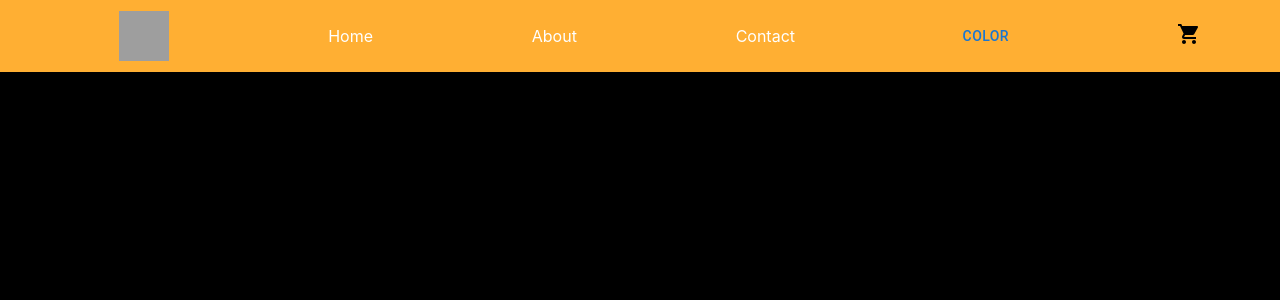
Repository: Toydrum/React-Hector-Coronado-EntregaFinal
Page: /shop
The author's editor kept a copy of each file at every save. The page is drawn from the files as they stood at one save, then again after the next save.
The browser window is 1280 px wide. The pictures show the whole page.
Pictures or frames that could not be fetched are drawn as grey boxes. The project was rebuilt for these pictures with package versions that can differ from the ones it lists, and the page was loaded fresh each time. Also part of the build but not shown: vite.config.js, src/components/CardUser/CardUser.jsx, src/components/CardList/CardList.css, src/firebase/firebaseConfig.js, src/components/CardList/CardList.jsx, src/pages/HomePage/HomePage.jsx, src/pages/ContactPage/ContactPage.jsx, src/pages/AboutPage/AboutPage.jsx and 1 more.

Above is the page before, as saved 2023-07-16 17:35:52.

### src/App.jsx
//import React from "react";
import "./App.css";
import { BrowserRouter as Router, Routes, Route } from "react-router-dom";
//Components
import NavBar from "./components/Navbar/Navbar";
//import MenuColor from "./components/MenuColor/MenuColor";
//import CardUser from "./components/CardUser/CardUser";

//Pages
import HomePage from "./pages/HomePage/HomePage";
import ContactPage from "./pages/ContactPage/ContactPage";
import AboutPage from "./pages/AboutPage/AboutPage";
import DetailPage from "./pages/DetailPage/DetailPage";
import ShopPage from "./pages/ShopPage/ShopPage";

const App = () => {
  return (
    <Router>
      <div className="App">
        <NavBar />
        <Routes>
          <Route path="/" element={<HomePage />}></Route>
          <Route path="/About" element={<AboutPage />}></Route>
          <Route path="/Contact" element={<ContactPage />}></Route>
          <Route path="/detail/:id" element={<DetailPage />}></Route>
          <Route path="/shop" element={<ShopPage />}></Route>
        </Routes>
        <div className="Cards-Container"></div>
      </div>
    </Router>
  );
};

export default App;

### src/App.css
body{
  background-color: black;
}

.App {
  display: flex;
  flex-direction: column;
  justify-content: center;
}

.Cards-Container{
  display: flex;
  width: 100%;
  justify-content: center;
}

### src/components/Navbar/Navbar.jsx
import React from "react";
import "./Navbar.css";
import logo from "./cat-logo.svg";
import { Link } from "react-router-dom";
import CartWidget from "../CartWidget/CartWidget";
import MenuColor from "../MenuColor/MenuColor";

const NavBar = () => {
  return (
    <nav className="nav-container">
      <ul className="nav-ul">
        <img src={logo} alt="gatito" style={{ height: 50, width: 50 }} />
        <li className="li">
          <Link to="/" className="li">
            Home
          </Link>
        </li>
        <li className="li">
          <Link to="/about" className="li">
            About
          </Link>
        </li>
        <li className="li">
          <Link to="/contact" className="li">
            Contact
          </Link>
        </li>
        <li className="li">
          <MenuColor />
        </li>
        <li className="li">
          <Link to="/shop" className="li">
            <CartWidget className="li" />
          </Link>
        </li>
      </ul>
    </nav>
  );
};

export default NavBar;

### src/pages/ShopPage/ShopPage.jsx
import React from "react";
import { TextField } from "@mui/material";

const ShopPage = () => {
  return (
    <>
      <div>
        <h1>ShopPage</h1>
        <form>
          <TextField name="color" />
          <TextField name="donación" />
          <TextField name="cantidad" />
        </form>
      </div>
    </>
  );
};

export default ShopPage;

### src/components/Navbar/Navbar.css
.nav-container {
  background-color: #FFAF33;
  height: 10vh;
  display: flex;
  width: 100%;
  justify-content: space-around;
  align-items: center;
}

.nav-ul {
  display: flex;
  width: 100%;
  justify-content: space-around;
  align-items: center;
}

.li {
  color: white;
  list-style-type: none;
  text-decoration: none;
}

### src/components/CartWidget/CartWidget.jsx
import React from "react";
import ShoppingCartIcon from "@mui/icons-material/ShoppingCart";
import { Link } from "react-router-dom";

const CartWidget = () => {
  return (
    <div style={{ color: "black" }}>
      <ShoppingCartIcon />
    </div>
  );
};

export default CartWidget;

### src/components/MenuColor/MenuColor.jsx
import * as React from "react";
import Button from "@mui/material/Button";
import Menu from "@mui/material/Menu";
import MenuItem from "@mui/material/MenuItem";

const MenuColor = () => {
  const [anchorEl, setAnchorEl] = React.useState(null);
  const open = Boolean(anchorEl);
  const handleClick = (event) => {
    setAnchorEl(event.currentTarget);
  };
  const handleClose = () => {
    setAnchorEl(null);
  };

  return (
    <div>
      <Button
        id="demo-positioned-button"
        aria-controls={open ? "demo-positioned-menu" : undefined}
        aria-haspopup="true"
        aria-expanded={open ? "true" : undefined}
        onClick={handleClick}
      >
        Color
      </Button>
      <Menu
        id="demo-positioned-menu"
        aria-labelledby="demo-positioned-button"
        anchorEl={anchorEl}
        open={open}
        onClose={handleClose}
        anchorOrigin={{
          vertical: "top",
          horizontal: "left",
        }}
        transformOrigin={{
          vertical: "top",
          horizontal: "left",
        }}
      >
        <MenuItem onClick={handleClose}>Profile</MenuItem>
        <MenuItem onClick={handleClose}>My account</MenuItem>
        <MenuItem onClick={handleClose}>Logout</MenuItem>
      </Menu>
    </div>
  );
};

export default MenuColor;

Loaded but not shown: index.html (common file); src/main.jsx (common file); src/index.css (common file)

After the next save:
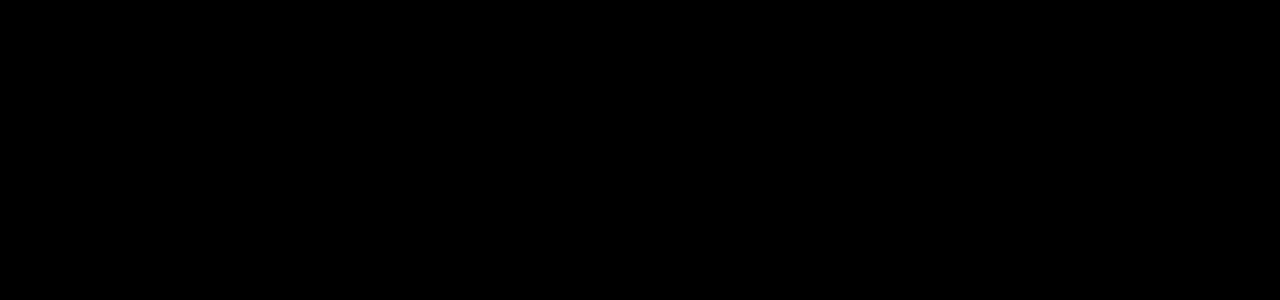
Console error (its wording comes from the project's code and is left out).
Saved 57 s later.
--- a/src/pages/ShopPage/ShopPage.jsx
+++ b/src/pages/ShopPage/ShopPage.jsx
@@ -1,5 +1,5 @@
 import React from "react";
-import { TextField } from "@mui/material";
+import TextField from "@mui/icons-material";
 
 const ShopPage = () => {
   return (

After the 2 saves that followed:
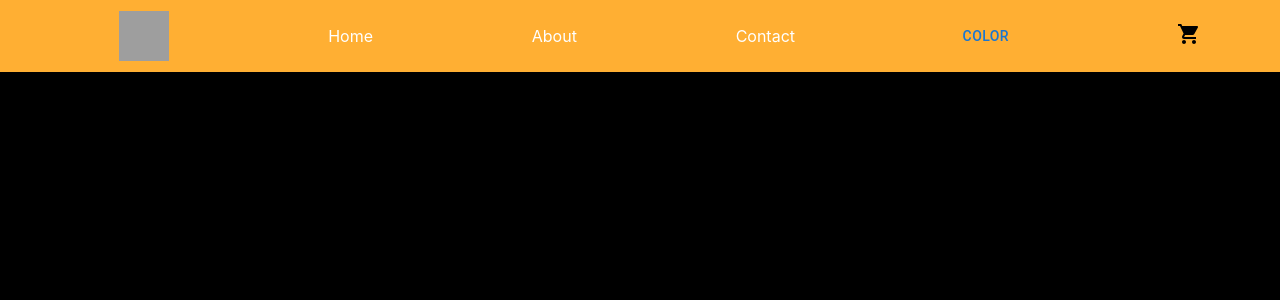
The error is gone.
The 2 saves are shown as one change because 1 left the picture as it was.
The last was saved 92 s later.
--- a/src/pages/ShopPage/ShopPage.jsx
+++ b/src/pages/ShopPage/ShopPage.jsx
@@ -1,5 +1,5 @@
 import React from "react";
-import TextField from "@mui/icons-material";
+import TextField from "@mui/material/TextField";
 
 const ShopPage = () => {
   return (
